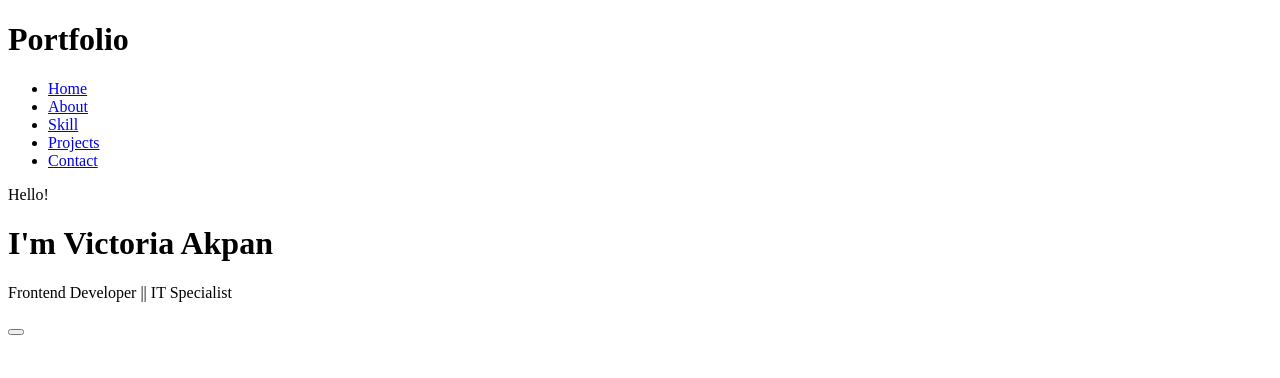
Repository: VickyJacob23/SheCode
Page: firstCode/firstProject.html
The author's editor kept a copy of each file at every save. The page is drawn from the files as they stood at one save, then again after the next save.
The browser window is 1280 px wide. The pictures show the whole page.

Above is the page before, as saved 2024-08-30 13:11:19.

After the next save:
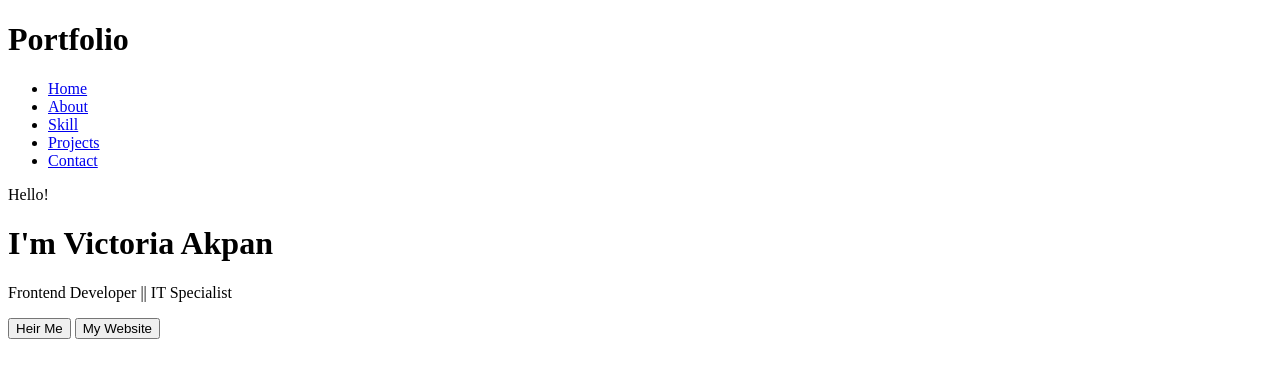
Saved 3 min 8 s later.
--- a/firstCode/firstProject.html
+++ b/firstCode/firstProject.html
@@ -23,7 +23,8 @@
         <p>Hello!</p>
         <h1>I'm Victoria Akpan</h1>
         <p>Frontend Developer || IT Specialist</p>
-        <button><a href="vickeddy39@gmail.com"></a></button>
+        <button>Heir Me</button>
+        <button>My Website</button>
       </div>
       <div class="right"></div>
     </main>
